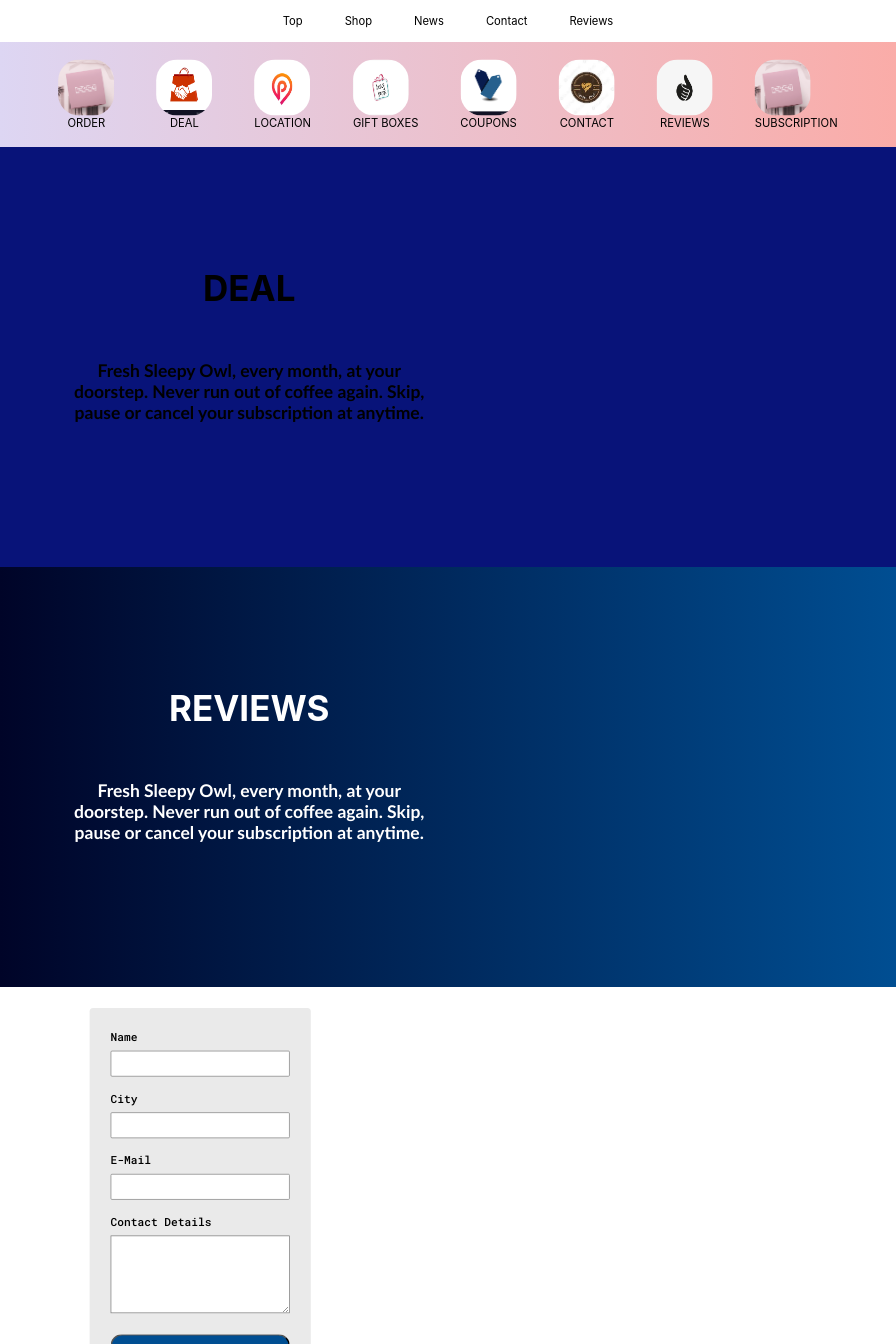
Repository: tusharpasricha/owlsomecoffee
Page: /
The author's editor kept a copy of each file at every save. The page is drawn from the files as they stood at one save, then again after a run of saves.
The browser window is 1280 px wide. The pictures show the part of the page from y = 0 to 1920 px (the page is 2816 px tall before and 4056 px after), at 70% of full size.
Some web fonts or font styles are not loaded; a fallback is used. The project was rebuilt for these pictures with package versions that can differ from the ones it lists, and the page was loaded fresh each time. Also part of the build but not shown: src/components/coupons.css, src/components/coupons.js, src/components/order.css, src/components/order.js, src/components/giftboxes.css, src/components/giftboxes.js, src/components/location.css, src/components/location.js.

Above is the page before, as saved 2021-09-27 22:00:09.

After the next 3 saves:
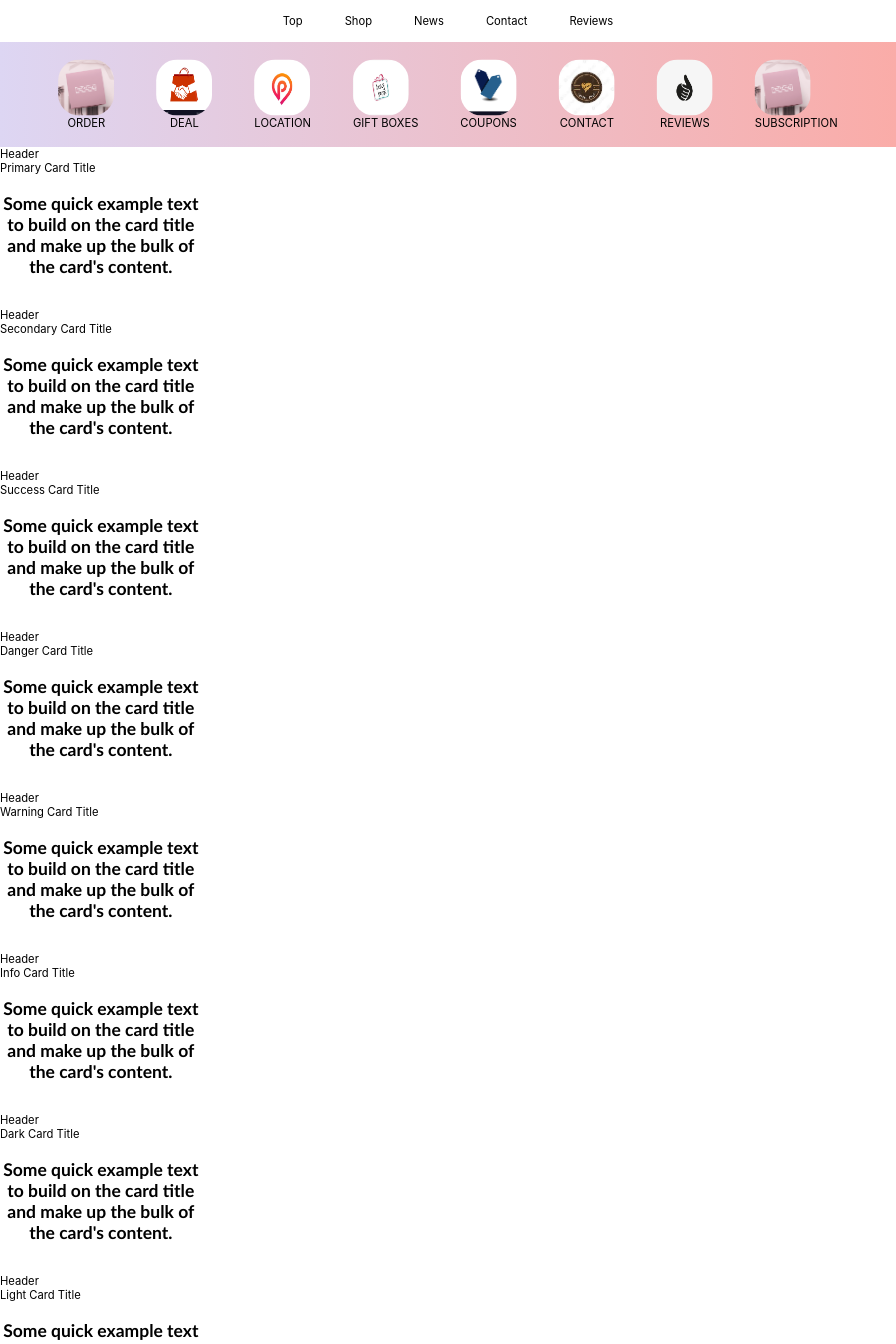
The 3 saves are shown as one change because 2 did not build or start.
The last was saved 6 min 13 s later.
--- a/src/components/deal.js
+++ b/src/components/deal.js
@@ -1,14 +1,108 @@
-import React from 'react';
+import React, {Component} from "react"
+import {Button} from 'react-bootstrap'
+import Card from "react-bootstrap/Card";
 import './deal.css';
+
 
 const Deal = () => {
     return (
-        <div className="deal" to="deal">
-             <section>
-        <h1>DEAL</h1>
-        <p>Fresh Sleepy Owl, every month, at your doorstep. Never run out of coffee again. Skip, pause or cancel your subscription at anytime.</p>
-        </section>
-        </div>
+        <>
+  <Card bg="primary" text="white" style={{ width: '18rem' }}>
+    <Card.Header>Header</Card.Header>
+    <Card.Body>
+      <Card.Title>Primary Card Title</Card.Title>
+      <Card.Text>
+        Some quick example text to build on the card title and make up the bulk
+        of the card's content.
+      </Card.Text>
+    </Card.Body>
+  </Card>
+  <br />
+
+  <Card bg="secondary" text="white" style={{ width: '18rem' }}>
+    <Card.Header>Header</Card.Header>
+    <Card.Body>
+      <Card.Title>Secondary Card Title</Card.Title>
+      <Card.Text>
+        Some quick example text to build on the card title and make up the bulk
+        of the card's content.
+      </Card.Text>
+    </Card.Body>
+  </Card>
+  <br />
+
+  <Card bg="success" text="white" style={{ width: '18rem' }}>
+    <Card.Header>Header</Card.Header>
+    <Card.Body>
+      <Card.Title>Success Card Title</Card.Title>
+      <Card.Text>
+        Some quick example text to build on the card title and make up the bulk
+        of the card's content.
+      </Card.Text>
+    </Card.Body>
+  </Card>
+  <br />
+
+  <Card bg="danger" text="white" style={{ width: '18rem' }}>
+    <Card.Header>Header</Card.Header>
+    <Card.Body>
+      <Card.Title>Danger Card Title</Card.Title>
+      <Card.Text>
+        Some quick example text to build on the card title and make up the bulk
+        of the card's content.
+      </Card.Text>
+    </Card.Body>
+  </Card>
+  <br />
+
+  <Card bg="warning" text="white" style={{ width: '18rem' }}>
+    <Card.Header>Header</Card.Header>
+    <Card.Body>
+      <Card.Title>Warning Card Title</Card.Title>
+      <Card.Text>
+        Some quick example text to build on the card title and make up the bulk
+        of the card's content.
+      </Card.Text>
+    </Card.Body>
+  </Card>
+  <br />
+
+  <Card bg="info" text="white" style={{ width: '18rem' }}>
+    <Card.Header>Header</Card.Header>
+    <Card.Body>
+      <Card.Title>Info Card Title</Card.Title>
+      <Card.Text>
+        Some quick example text to build on the card title and make up the bulk
+        of the card's content.
+      </Card.Text>
+    </Card.Body>
+  </Card>
+  <br />
+
+  <Card bg="dark" text="white" style={{ width: '18rem' }}>
+    <Card.Header>Header</Card.Header>
+    <Card.Body>
+      <Card.Title>Dark Card Title</Card.Title>
+      <Card.Text>
+        Some quick example text to build on the card title and make up the bulk
+        of the card's content.
+      </Card.Text>
+    </Card.Body>
+  </Card>
+  <br />
+
+  <Card bg="light" style={{ width: '18rem' }}>
+    <Card.Header>Header</Card.Header>
+    <Card.Body>
+      <Card.Title>Light Card Title</Card.Title>
+      <Card.Text>
+        Some quick example text to build on the card title and make up the bulk
+        of the card's content.
+      </Card.Text>
+    </Card.Body>
+  </Card>
+  <br />
+</>
     )
 }
 
--- a/src/components/deal.css
+++ b/src/components/deal.css
@@ -1,4 +1,4 @@
-.deal{
+/* .deal{
     background-color:rgb(8, 19, 121);
     height: 600px;
-}
+} */
